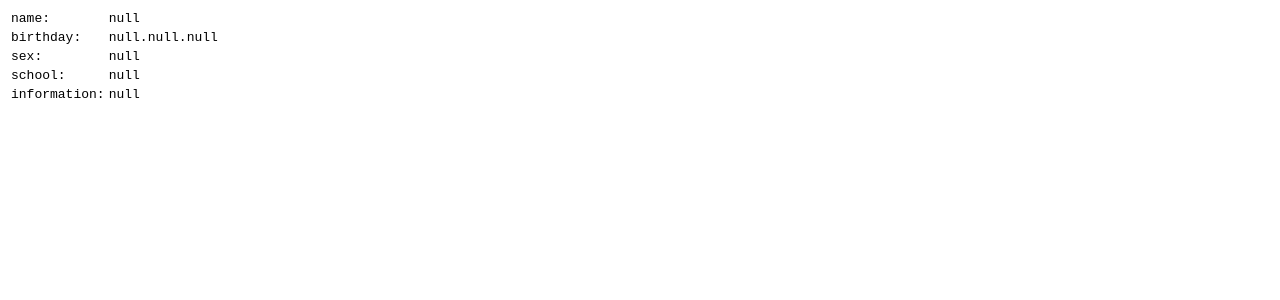
Repository: Brief-drizzle/Java-Web
Page: http://localhost/sy1/GetResume
An editor plug-in stored every save of this project. The page is shown before and after the next save, followed by the edit.
The browser window is 1280 px wide. The pictures show the whole page.
The page is served by Tomcat 9.

Above is the page before, as saved 2020-10-23 12:26:51.

After the next save:
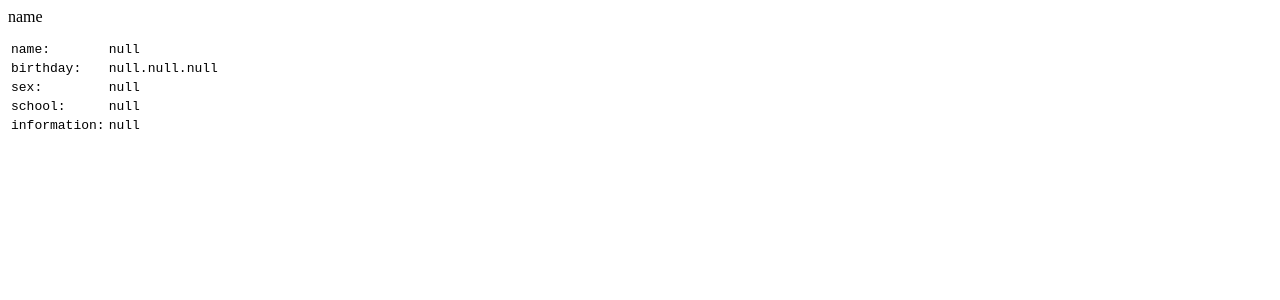
Saved 41 s later.
--- a/sy1/src/sy1/GetResume.java
+++ b/sy1/src/sy1/GetResume.java
@@ -121,7 +121,7 @@ public class GetResume extends HttpServlet {
 		//{
 		//	response.sendRedirect("/sy1/resume.html");
 		//}
-
+		out.println("name");
 		out.println("<PRE>\n" +"<table>"+"<tr>"+"<td>"+"name:"+"</td>"+"<td>"+name+"</td>"+"</tr>");
 		out.println("<tr>"+"<td>birthday:</td>"+"<td>"+bir_y+"."+bir_m+"."+bir_d+"</td>"+"</tr>");
 		out.println("<tr>"+"<td>sex:</td>"+"<td>"+sex+"</td>"+"</tr>");
